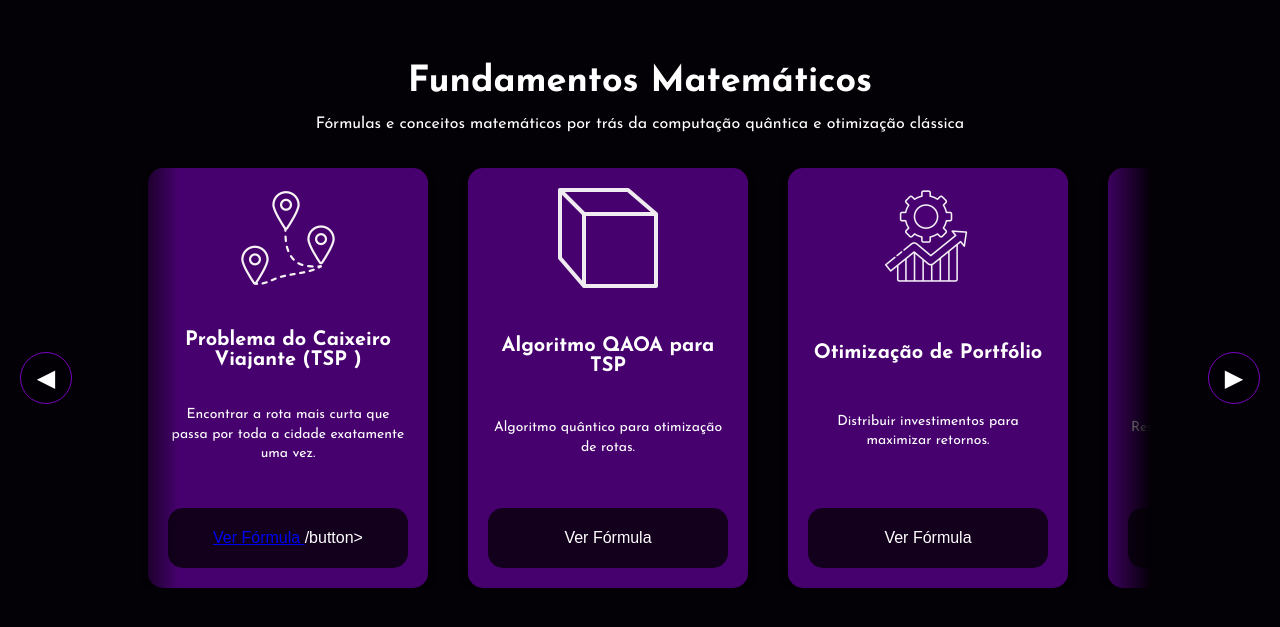
Repository: Everson9/Projeto-de-escalabilidade-quantica-definitivo
Page: fundamentos.html
An editor plug-in stored every save of this project. The page is shown before and after the next save, followed by the edit.
The browser window is 1280 px wide. The pictures show the whole page.

Above is the page before, as saved 2025-10-01 10:03:34.
Not found: script.js

After the next save:
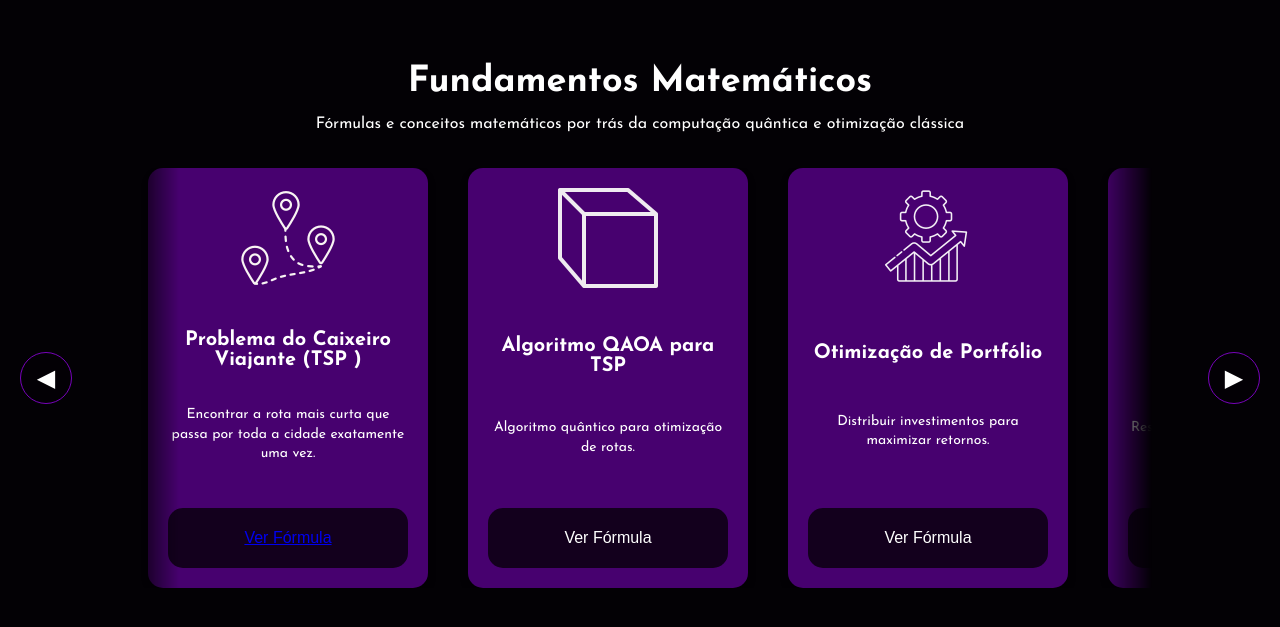
Saved 6 s later.
--- a/fundamentos.html
+++ b/fundamentos.html
@@ -27,7 +27,7 @@
                     <img src="imgs_icones/CaixeiroViajante.png" alt="Ícone do Problema do Caixeiro Viajante">
                     <h4>Problema do Caixeiro Viajante (TSP )</h4>
                     <p>Encontrar a rota mais curta que passa por toda a cidade exatamente uma vez.</p>
-                    <button class="button"><a href="caixeiroviajante.html">Ver Fórmula </a>/button>
+                    <button class="button"><a href="caixeiroviajante.html">Ver Fórmula </a></button>
                 </div>
 
                 <div class="formula_1">
